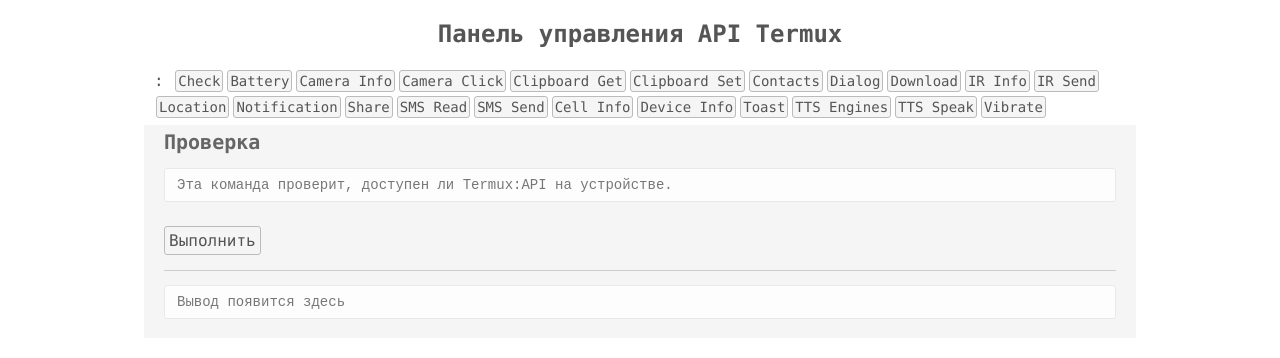
Repository: easy-quest/PHP-Termux-API
Page: http://localhost/api.php
The author's editor kept a copy of each file at every save. The page is drawn from the files as they stood at one save, then again after the next save.
The browser window is 1280 px wide. The pictures show the whole page.
The page is run by PHP 8.4 with error messages shown; the project is at /var/www/html/.

Above is the page before, as saved 2021-12-02 02:00:12.

After the next save:
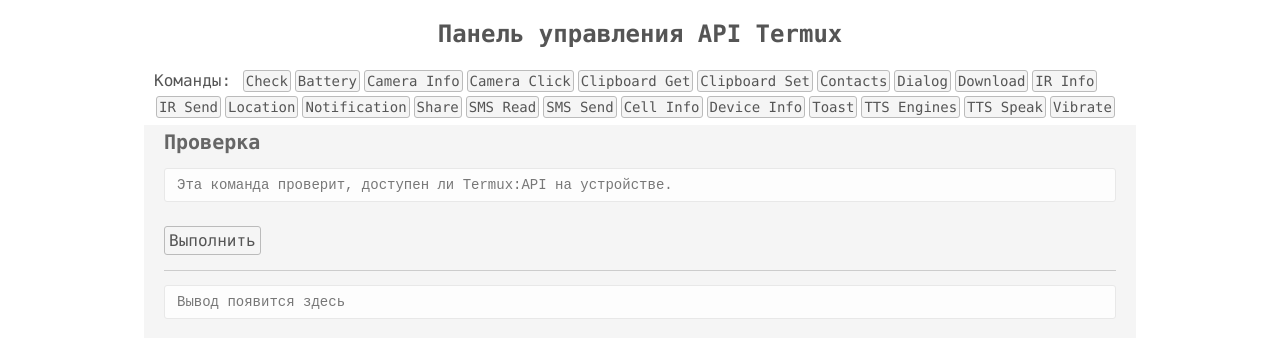
Saved 13 min 44 s later.
--- a/api.php
+++ b/api.php
@@ -118,7 +118,7 @@
 <body style="color:#555;font-family:Consolas, MonoSpace;margin:0px;">
   <h2 style="text-align:center">Панель управления API Termux</h2>
   <div class="commands">
-     :
+     Команды:
     <a onclick="cmd(0)" href=#>Check</a><a onclick="cmd(1)" href=#>Battery</a><a onclick="cmd(2)" href=#>Camera Info</a><a onclick="cmd(3)" href=#>Camera Click</a><a onclick="cmd(4)" href=#>Clipboard Get</a><a onclick="cmd(5)" href=#>Clipboard Set</a><a onclick="cmd(6)" href=#>Contacts</a><a onclick="cmd(7)" href=#>Dialog</a><a onclick="cmd(8)" href=#>Download</a><a onclick="cmd(9)" href=#>IR Info</a><a onclick="cmd(10)" href=#>IR Send</a><a onclick="cmd(11)" href=#>Location</a><a onclick="cmd(12)" href=#>Notification</a><a onclick="cmd(13)" href=#>Share</a><a onclick="cmd(14)" href=#>SMS Read</a><a onclick="cmd(15)" href=#>SMS Send</a><a onclick="cmd(16)" href=#>Cell Info</a><a onclick="cmd(17)" href=#>Device Info</a><a onclick="cmd(18)" href=#>Toast</a><a onclick="cmd(19)" href=#>TTS Engines</a><a onclick="cmd(20)" href=#>TTS Speak</a><a onclick="cmd(21)" href=#>Vibrate</a>
   </div>
   <div class="main">
